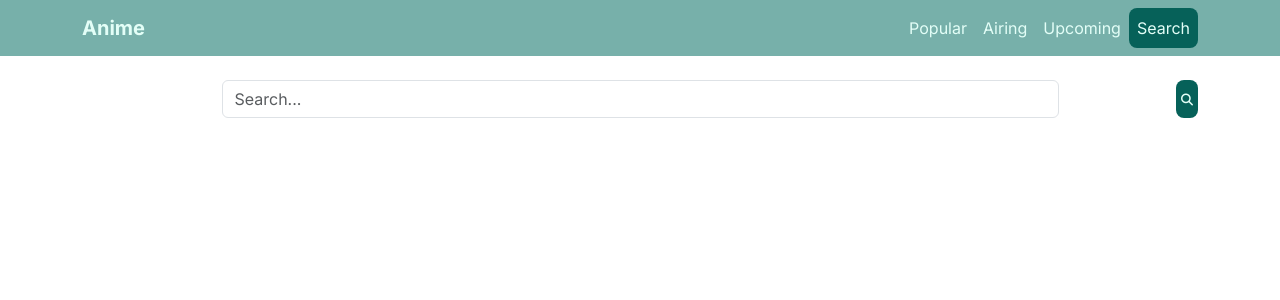
Repository: YomnaWegdan/anime
Page: /search
The author's editor kept a copy of each file at every save. The page is drawn from the files as they stood at one save, then again after the next save.
The browser window is 1280 px wide. The pictures show the whole page.
The project was rebuilt for these pictures with package versions that can differ from the ones it lists, and the page was loaded fresh each time. The framework's server and built-in components were replaced by stand-ins that run in the browser. Also part of the build but not shown: next.config.mjs, src/app/animateCard/animateCard.jsx.

Above is the page before, as saved 2024-05-17 21:54:19.

After the next save:
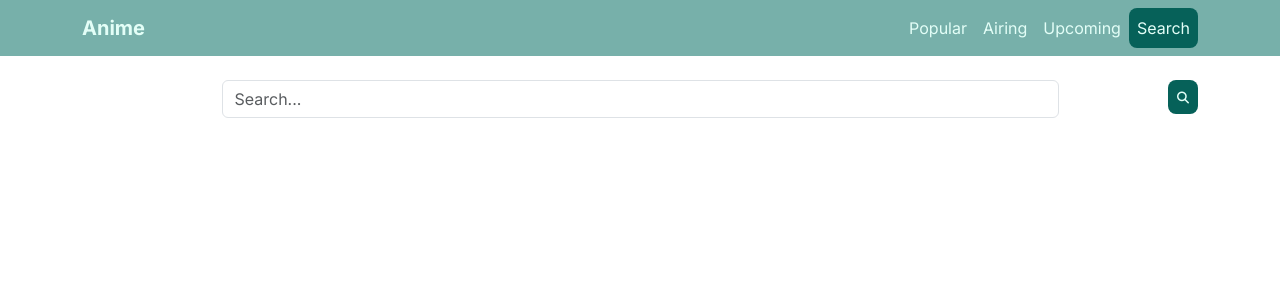
Saved 12 s later.
--- a/src/app/(components)/search/page.jsx
+++ b/src/app/(components)/search/page.jsx
@@ -35,7 +35,7 @@ const handleSubmit = async (e) =>{
     <div className=' position-relative'>
       <input className=' form-control  w-75 mx-auto ' placeholder='Search...'   onChange={handleChange}
       value={searchValue}/>
-      <button type='submit' className='btn bg-link px-1 position-absolute top-0 end-0 ' onClick={handleSubmit}>
+      <button type='submit' className='btn bg-link px-2 py-1 position-absolute top-0 end-0 ' onClick={handleSubmit}>
       <i className="fa-solid fa-magnifying-glass light-color fa-xs"></i>
       </button>
     </div>
